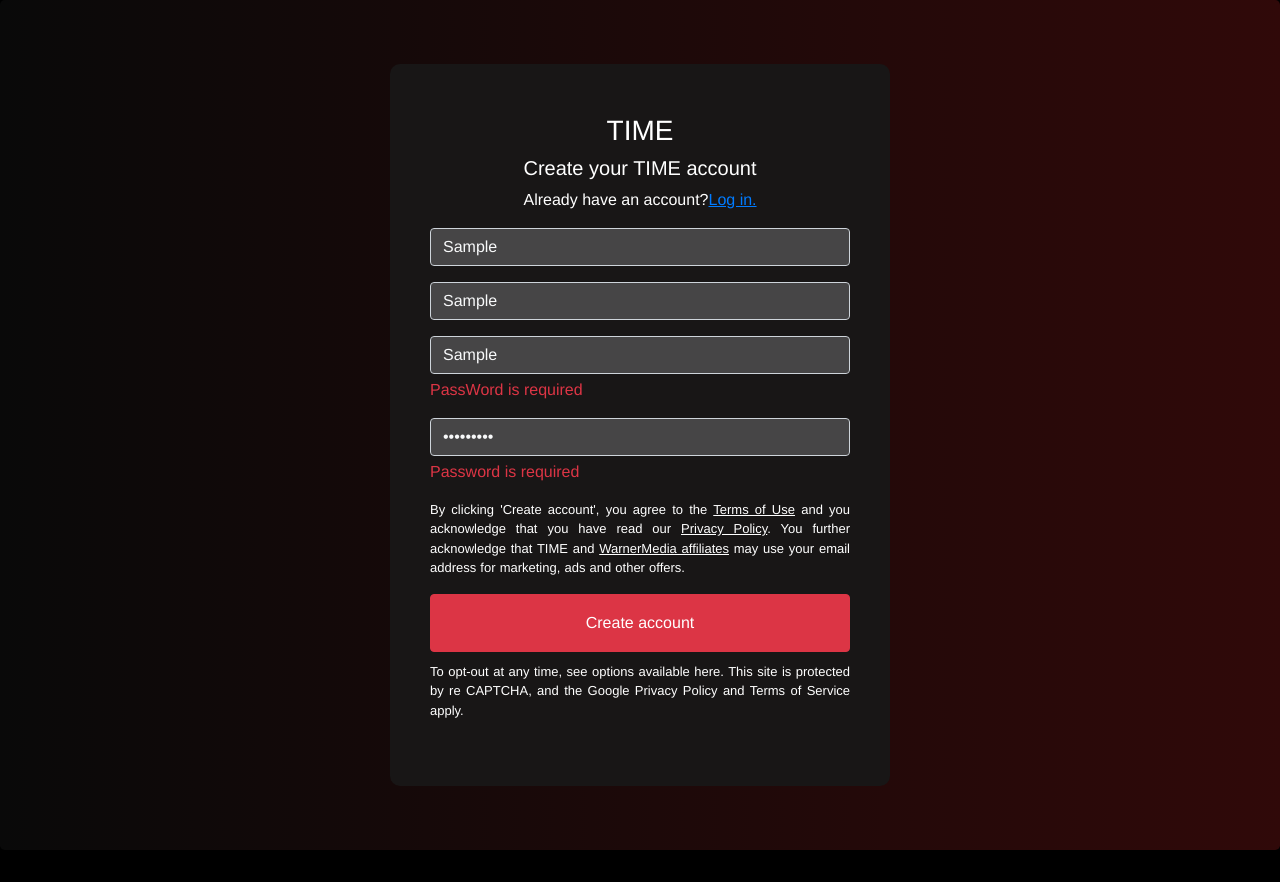
Repository: Vu14082002/WebTinTuc
Page: html/SignUp.html
The author's editor kept a copy of each file at every save. The page is drawn from the files as they stood at one save, then again after the next save.
The browser window is 1280 px wide. The pictures show the whole page.
Empty fields were first filled with sample values (such as "Sample", 5 or name@example.com).
After loading, the first visible `#email` was changed once.
Some web libraries are served in a nearby version.

Above is the page before, as saved 2022-04-12 20:56:27.

### html/SignUp.html
<!DOCTYPE html>
<html lang="en">
<head>
    <meta charset="UTF-8">
    <meta http-equiv="X-UA-Compatible" content="IE=edge">
    <meta name="viewport" content="width=device-width, initial-scale=1.0">
    <title>Create a TIME account | TIME</title>
    <link
    rel="stylesheet"
    href="https://pro.fontawesome.com/releases/v5.10.0/css/all.css"
    integrity="sha384-AYmEC3Yw5cVb3ZcuHtOA93w35dYTsvhLPVnYs9eStHfGJvOvKxVfELGroGkvsg+p"
    crossorigin="anonymous"
  />
    <script src="../bootstrap-4/js/jquery-3.6.0.min.js"></script>
    <script src="../bootstrap-4/js/bootstrap.min.js"></script>
    <link rel="stylesheet" href="../bootstrap-4/css/bootstrap.min.css">
    <link rel="stylesheet" href="../css/index_Footer.css">
    <link rel="stylesheet" href="../css/init.css">
    <link rel="stylesheet" href="../css/index_Header.css">
    <link rel="stylesheet" href="../css/login.css">
    <link rel="stylesheet" href="../css/SignUP.css">
    <link rel="icon" href="../Image/logo.png" type="image/gif" sizes="16x16">
</head>
<body>
    <div class="container-fluid jumbotron">
        <div class="box text-center">
            <h3>TIME</h3>
            <h5>Create your TIME account</h5>
            <p>Already have an account?<a href="../html/login.html">Log in.</a></p>
            <div class="form-group ">
                <input type="text" id="FirstName" placeholder="Firs tName*  " class="form-control  text-light " onchange="checkFirstName()"  required >
                <p class="text-left mt-1">
                    <span id="checkFirstName"  class="checkLogin text-left text-right mb-2 text-danger" ></span>
                </p>
                <input type="text" id="LasttName" placeholder="Last Name* " class="form-control  text-light " onchange="checkLastNamName()"  required >
                <p class="text-left mt-1">
                    <span id="checkLastName"  class="checkLogin text-left text-right mb-2 text-danger" ></span>
                </p>
                <input type="text" id="email" placeholder="Email address* " onchange="checkPass()" class="form-control  text-light "  required >
                <p class="text-left mt-1">
                    <span id="checkEmail"  class="checkLogin text-left text-right mb-2 text-danger" ><span>
                </p>
                <input type="password" id="pass"  placeholder="Password*" class="form-control text-light"  required>
                <p class="text-left mt-1">
                    <span id="checkPass"  class="checkLogin text-left text-right mb-2 text-danger" >Password is required <span>
                </p>
                <p class=" text-justify">
                    By clicking 'Create account', you agree to the <a  class="theA" href="../html/TermsOfuse.html">Terms of Use</a> and you acknowledge that you have read our
                    <a  class="theA" href="https://www.warnermediaprivacy.com/policycenter/b2c/affiliateslist/">Privacy Policy</a>. You further acknowledge that TIME and <a  class="theA" href="../html/TermsOfuse.html">WarnerMedia affiliates</a> may use your email address for marketing,
                    ads and other offers.
                </p>
                <a href="../html/login.html"><button type="button" class="btn btn-danger w-100 p-3">Create account</button>  </a>
                <p class=" text-justify rieng">
                    To opt-out at any time, see options available here. This site is protected by re CAPTCHA, and the Google Privacy Policy and Terms of Service apply.
                </p>
            </div>

        </div>

    </div>
    <script src="../js/signup.js"></script>
</body>
</html>

### css/index_Footer.css
footer {
    width: 100%;
    background-color: black;
}
.main{
    width: 85%;
    margin: 0 auto;
}
.main__top__search {
    padding-top: 60px;
    width: 100%;
}
.main__top__search >input {
    width: 100%;
    height: 35px;
    padding: 0 8px;
    border-radius: 3px ;
    outline: none;
}
.main__top__search1{
    display: flex;
    flex-direction: row-reverse;
    margin-top: -25px;
    margin-right: 10px;
    font-weight: bold;
    color: rgba(103, 85, 76,1);
    cursor: pointer;
}
.main__mid{
    margin: 35px 0px;
    margin-bottom: 40px;
}
.main__mid {
    display: flex;
    flex-wrap: wrap;
}
.main__mid > div {
    width: calc(100%/7);
    font-size: 14px;
    color: white;
    margin-bottom: 20px;

}
.main__mid > div  a {
    color: rgb(230 230 230);
    display: inline-block;
    margin-bottom: 8px;
}
.main__mid > div  > a {
    font-size: 16px;
    font-weight: 700;
    transition: 0.3s;
}
.main__mid > div  a:hover {
    text-decoration: underline;
    color: white;
}
.main__bottom {
    border-top: 1px solid rgb(230, 230, 230);
    display: flex;
    flex-direction: row-reverse;
    padding: 40px 0px;
}
.main__bottom > div > a, .main__bottom > div{
    width: 3%;
    max-width: 15%;
    margin: 5px;
    font-size: 25px;
    color: rgb(230, 230, 230)
}
.main__bottom > div >a :hover{
    color: white;
}
.main__bottom > div:last-child{
    font-weight: bold;
    font-size: 20px;
    text-align: center;
    width: 20%;
    margin-right: 10px;
    border-right: 1px solid rgb(230, 230, 230) ;
}

### css/init.css
* {
    font-family: Helvetica, Helvetica, Arial, sans-serif;
    box-sizing: border-box;
    list-style-type: none;
    margin: 0;
    padding: 0;
    text-decoration:  none;
    box-sizing: border-box;
  }
  a{
    text-decoration: none !important;
  }

### css/index_Header.css
/* HEADER */
header{
    position: sticky; top: 0;
    z-index: 100;
}
.gif {
  background-color: #262626;
  width: 100%;
  height: 300px;
  padding: 25px;
  text-align: center;
  margin-top: 0px;

}
 .gif > img {
    display: inline-block;
    margin: 0 auto;
}
header > section {
  border-bottom: 1px solid rgb(230 230 230);

  width: 100%;
  background-color: #0c0c0c;
  display: flex;
  height: 56px;
}
header > section > nav {
    display: flex;
    /* border-bottom: 1px solid white; */
    width: 85%;
    margin:0  auto ;

}
header > section > nav > ul:first-child{
    width: 80%;
    display: flex;
}
header > section > nav > ul:last-child{
    display: flex;
    flex-direction:  row-reverse;
    width: 20%;
}

header > section > nav> ul > li{
    max-width: 300px;
}
/* paddingMenu */
header > section > nav> ul> li:first-child{
    background: #CC0000;
    padding-bottom: 55px;
}
header > section > nav> ul > li > a {
    font-size: 16px;
    text-decoration:  none;
    display: block;
    padding: 18px;
    color: #e4dfd7;
}
header > section > nav> ul > li:first-child > a{
    color: white;
}
header > section > nav> ul > li > a:hover{
    color: white;
}
.tieude{
    overflow: hidden;
}

### css/login.css
body{
    background-color: black;
}
.container-fluid{
    background-image: linear-gradient(to right, #090909 , #300909);
    border-radius: none;
}
.box{
    width: 500px;
    margin: 0 auto;
    background-color: #181616;
    padding: 50px 40px;
        color: white;
    border-radius: 10px;
}
.box input[type="text"],.box input[type="password"]{
    background-color: #464546;
}
.checkLogin{
    color: rgb(207, 90, 90);
}
.box ::placeholder {
    font-weight: 700;
    color: #fafdfd;
    opacity: 1; /* Firefox */
}
.box  :-ms-input-placeholder { /* Internet Explorer 10-11 */
    color: #fafdfd;
}
.box ::-ms-input-placeholder { /* Microsoft Edge */
    color: #fafdfd;
}
.box input:focus{
    color: #fafdfd;
}
.search{
    margin-top: -3px;
}
button > a{
    text-decoration: none;
    color: white;
}
.theA{
    color: white;
    text-decoration:underline;
}
.theA:hover{
    color: #d7d8d8;
}
.text-justify{
    font-size: 13px;
    word-spacing: 0.5px;
}
.rieng{
    margin-top: 10px;

}

### css/SignUP.css
a{
    text-decoration: underline !important;
}

### js/signup.js
function checkFirstName() {
    var d = document.getElementById("FirstName").value
    var pt=/^[A-Z][a-z]+(\s[A-Z][a-z])*$/
    if(d.trim()==""){
        document.getElementById("checkFirstName").innerHTML="First name is required"
        return;
    }
    if(pt.test(d)){
        document.getElementById("checkFirstName").innerHTML=""
        return;
    }
        document.getElementById("checkFirstName").innerHTML="First Name begin Uppercharacter"
        return;
}
function checkLastNamName() {
    var d = document.getElementById("LasttName").value
    var pt=/^[A-Z][a-z]+(\s[A-Z][a-z])*$/
    if(d.trim()==""){
        document.getElementById("checkLastName").innerHTML="Last name is required"
        return;
    }
    if(pt.test(d)){
        document.getElementById("checkLastName").innerHTML=""
        return;
    }
        document.getElementById("checkLastName").innerHTML="First Name begin Uppercharacter"
        return;
}
function checkEmail() {
    var d = document.getElementById("email").value
    var pt=/^[A-Za-z]\w+@(e|g)mail.com$/
    if(d.trim()==""){
        document.getElementById("checkEmail").innerHTML="Email is required"
        return;
    }
    if(pt.test(d)){
        document.getElementById("checkEmail").innerHTML=""
        return;
    }
        document.getElementById("checkEmail").innerHTML="EX: nguyenxxx@gmail.com"
        return;
}
function checkPass() {
    var d = document.getElementById("pass").value
    var pt=/^\w{6,}$/
    if(d.trim()==""){
        document.getElementById("checkEmail").innerHTML="PassWord is required"
        return;
    }
    if(pt.test(d)){
        document.getElementById("checkEmail").innerHTML=""
        return;
    }
        document.getElementById("checkEmail").innerHTML="EX: nguyenxxx@gmail.com"
        return;
}

Loaded but not shown: bootstrap-4/js/jquery-3.6.0.min.js (library); bootstrap-4/js/bootstrap.min.js (library); bootstrap-4/css/bootstrap.min.css (library)

After the next save:
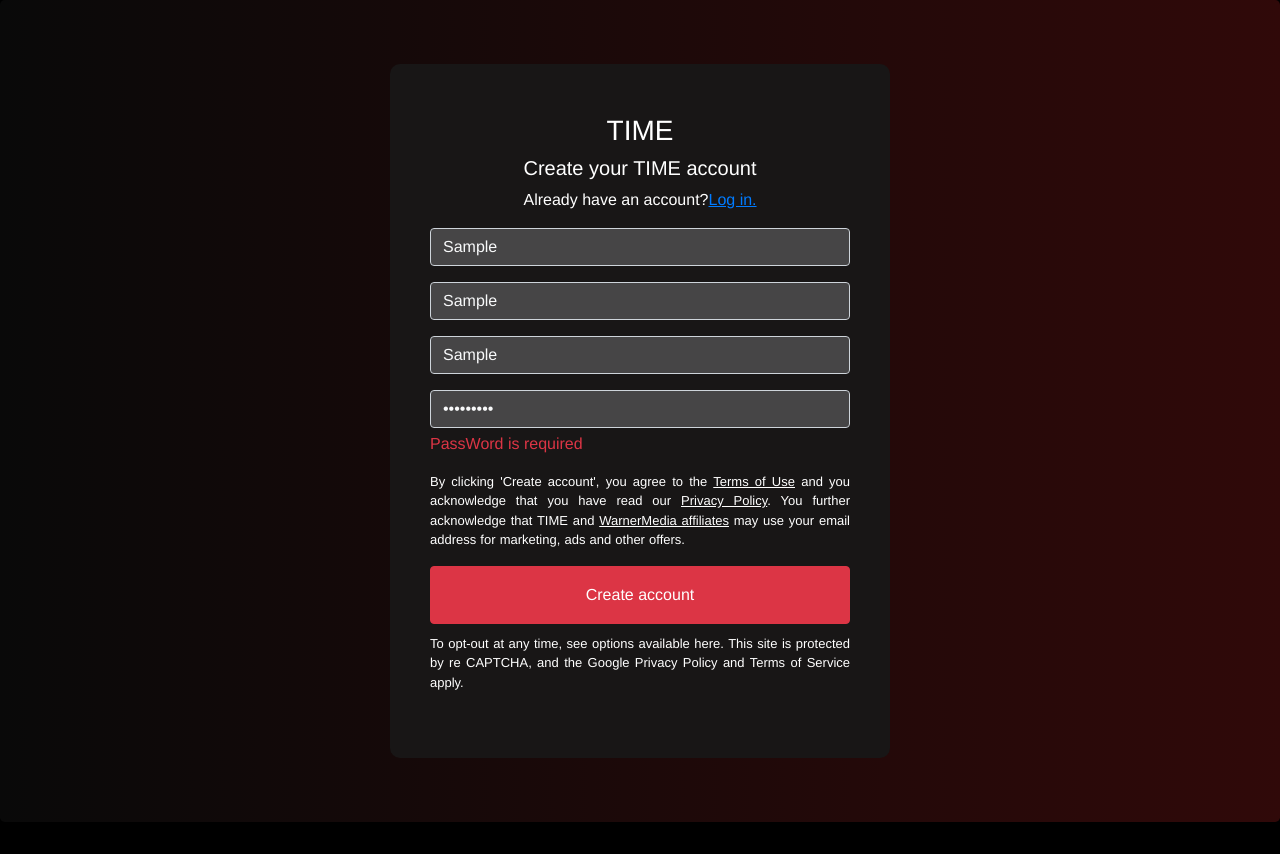
Saved 4 s later.
--- a/js/signup.js
+++ b/js/signup.js
@@ -44,13 +44,13 @@
     var d = document.getElementById("pass").value
     var pt=/^\w{6,}$/
     if(d.trim()==""){
-        document.getElementById("checkEmail").innerHTML="PassWord is required"
+        document.getElementById("checkPass").innerHTML="PassWord is required"
         return;
     }
     if(pt.test(d)){
-        document.getElementById("checkEmail").innerHTML=""
+        document.getElementById("checkPass").innerHTML=""
         return;
     }
-        document.getElementById("checkEmail").innerHTML="EX: nguyenxxx@gmail.com"
+        document.getElementById("checkPass").innerHTML="EX: nguyenxxx@gmail.com"
         return;
 }
